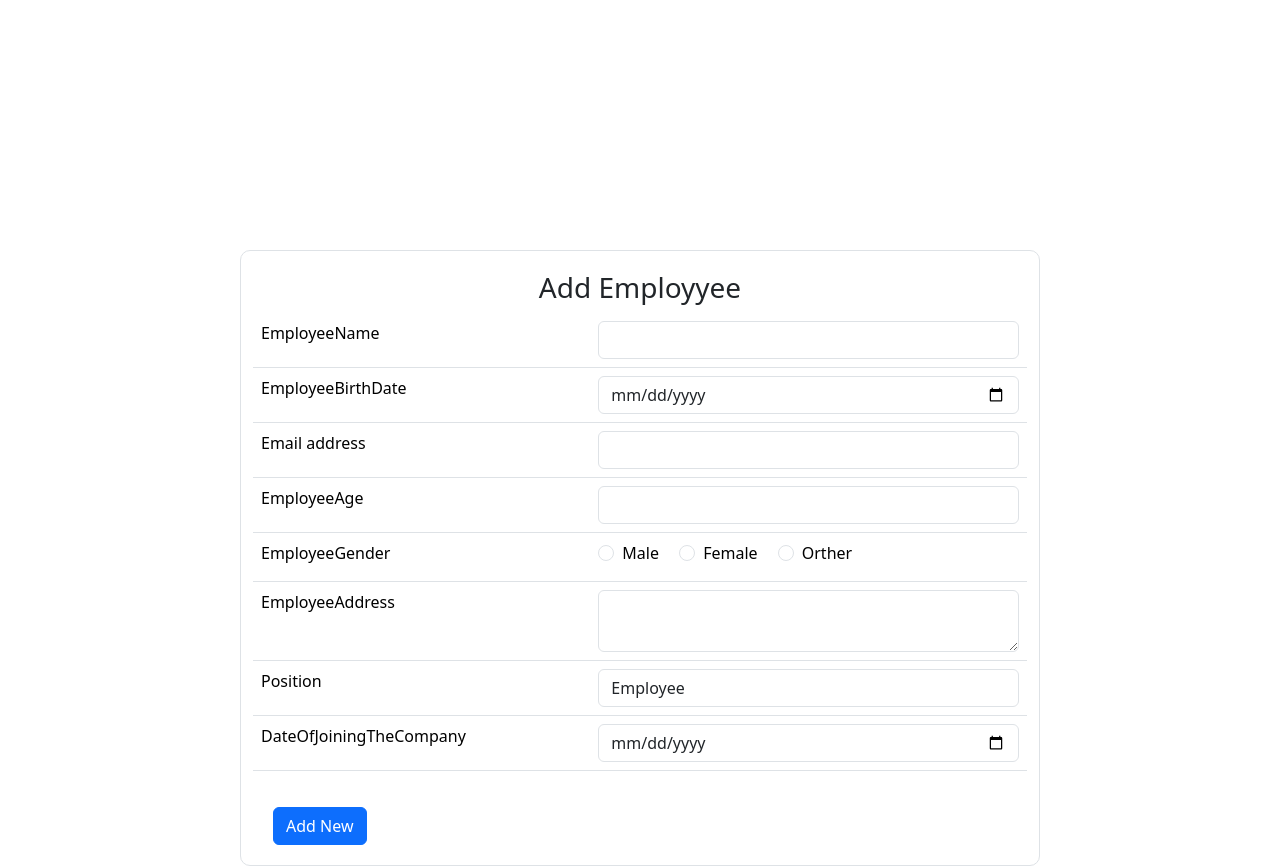
Repository: tranhuuan1703/BaiTapServlet
Page: http://localhost/bai_tap_jsp_servlet/views/Add.jsp
An editor plug-in stored every save of this project. The page is shown before and after the next save, followed by the edit.
The browser window is 1280 px wide. The pictures show the whole page.
Some web libraries are served in a nearby version. The page is served by Tomcat 9. Other server files are loaded and not shown.

Above is the page before, as saved 2024-08-14 08:18:21.

### bai_tap_jsp_servlet/bai_tap_jsp_servlet/src/main/webapp/views/Add.jsp
<%@ page language="java" contentType="text/html; charset=UTF-8"
   pageEncoding="UTF-8"%>
<%@ taglib prefix="c" uri="http://java.sun.com/jsp/jstl/core"%>
<!DOCTYPE html>
<html>
   <head>
      <meta charset="UTF-8">
      <title>Insert title here</title>
      <link href="https://cdn.jsdelivr.net/npm/bootstrap@5.3.3/dist/css/bootstrap.min.css"
         rel="stylesheet"
         integrity="sha384-QWTKZyjpPEjISv5WaRU9OFeRpok6YctnYmDr5pNlyT2bRjXh0JMhjY6hW+ALEwIH"
         crossorigin="anonymous">
      <script src="https://cdn.jsdelivr.net/npm/bootstrap@5.3.3/dist/js/bootstrap.bundle.min.js"
         integrity="sha384-YvpcrYf0tY3lHB60NNkmXc5s9fDVZLESaAA55NDzOxhy9GkcIdslK1eN7N6jIeHz"
         crossorigin="anonymous"></script>
      <script src="https://ajax.googleapis.com/ajax/libs/jquery/1.12.0/jquery.min.js"></script>
      <script src="https://unpkg.com/dayjs@1.8.21/dayjs.min.js"></script>
      <link href="<c:url value="/css/base.css"/>" rel="stylesheet" type="text/css" />
   </head>
   <body>


      <div class="container border" style="margin-top:250px; width:800px; border-radius: 10px;">
      	<center style="padding-top: 20px;"><h3>Add Employyee</h3></center>
         <form id="updateForm" action="addEmployeeController" method="get">
            <table class="table">

               <tr>
                  <td><label for="nameEmployee" class="form-label">EmployeeName</label></td>
                  <td>
                     <input type="text" class="form-control" id="nameEmployee" aria-describedby="emailHelp" name="nameEmployee" required="required" pattern="^[^\d]+$">
                     <span class="rq">${msgUserName}</span>
                  </td>

               </tr>
               <tr>
                  <td><label for="birthDayEmployee" class="form-label">EmployeeBirthDate</label></td>
                  <td>
                     <input type="date" class="form-control" id="birthDayEmployee" name="birthDayEmployee" required="required">
                     <span class="rq">${msgEmployeeBirthDate}</span>
                  </td>

               </tr>
               <tr>
                  <td><label for="emailEmployee" class="form-label">Email address</label></td>
                  <td>
                     <input type="email" class="form-control" id="emailEmployee" aria-describedby="emailHelp" name="emailEmployee" required="required">
                     <span class="rq">${msgEmail}</span>

                  </td>
               </tr>
               <tr>
                  <td><label for="ageEmployee" class="form-label">EmployeeAge</label></td>
                  <td>
                     <input type="number" class="form-control" id="ageEmployee" aria-describedby="emailHelp" value="" readonly name="ageEmployee">
                     <span class="rq">${msgEmployeeAge}</span>
                  </td>
               </tr>
               <tr>
                  <td><label for="inlineRadio1" class="form-label">EmployeeGender</label></td>
                  <td>
                     <div class="form-check form-check-inline">
                        <input class="form-check-input" type="radio" name="inlineRadioOptions" id="inlineRadio1" value="male">
                        <label class="form-check-label" for="inlineRadio1">Male</label>
                     </div>
                     <div class="form-check form-check-inline">
                        <input class="form-check-input" type="radio" name="inlineRadioOptions" id="inlineRadio2" value="female">
                        <label class="form-check-label" for="inlineRadio2">Female</label>
                     </div>
                     <div class="form-check form-check-inline">
                        <input class="form-check-input" type="radio" name="inlineRadioOptions" id="inlineRadio3" value="option3">
                        <label class="form-check-label" for="inlineRadio3">Orther</label>
                     </div>

                     <span class="rq">${msgGender}</span>
                  </td>
               </tr>
               <tr>
                  <td><label for="addressEmployee" class="form-label">EmployeeAddress</label></td>
                  <td>
                     <textarea  class="form-control" id="addressEmployee" aria-describedby="emailHelp" name="addressEmployee"></textarea>

                  </td>
               </tr>
               <tr>
                  <td><label for="exampleInputEmail1" class="form-label">Position</label></td>
                  <td>
                     <select class="form-control" id="selection" name="position">
                        <option value="employee">Employee</option>
                        <option value="boss">Boss</option>
                     </select>
                     <span class="rq">${msgPosition}</span>
                  </td>
               </tr>
               <tr>
                  <td><label for="dateJoiningBirthday" class="form-label">DateOfJoiningTheCompany</label></td>
                  <td>
                		<input type="date" class="form-control" id="dateJoiningCompany" name="dateJoiningCompany" required="required" max="">
                     	<span class="rq">${msgDateJoinCompany}</span>
                  </td>
               </tr>
            </table>
             <div class="grid" style="padding:20px;">
            	<button type="submit" class="btn btn-primary">Add New</button>
            </div>
         </form>
      </div>
   </body>
 <script>

 $("#birthDayEmployee, #dateJoiningCompany").blur(function(){
	    const dateValue = new Date($(this).val());

	    if (isNaN(dateValue)) {
	        return '';
	    }

	    const day = String(dateValue.getDate()).padStart(2, '0');
	    const month = String(dateValue.getMonth() + 1).padStart(2, '0');
	    const year = dateValue.getFullYear();

	    var text = day + "/" + month + "/" + year;
	    $(this).attr("type","text");
	    $(this).val(text);
});


 $("#birthDayEmployee").blur(function(){

		var date1 = new Date();

		var values = $(this).val();
		var yeard = parseInt(values.substr(6, values.length));

		currentYear = date1.getFullYear();

		age = currentYear - yeard;
		$("#ageEmployee").val(age);
	});

	$("#updateForm").submit(function(){

		$("#inputEmployeeId").disabled = false;


	})




	$("form").on('submit', function(){

	  var inputDate = new Date(document.getElementById('dateJoiningCompany').value);
	  var today = new Date();


	  var isConfirmed = confirm("Bạn có chắc muốn thêm nhân viên này?");

	  if (!isConfirmed){
		  event.preventDefault();
	  }
	})


	// Lấy ngày hiện tại
    var today = new Date().toISOString().split('T')[0];
    // Đặt giá trị max của input là ngày hiện tại
    document.getElementById('dateJoiningCompany').setAttribute('max', today);
    // Thiết lập giá trị max là ngày hiện tại
    document.getElementById('dateJoiningCompany').max = new Date().toISOString().split("T")[0];

    /*function formatDate() {
        const dateInput = document.getElementById('dateJoiningCompany').value;
        if (dateInput) {
            const [year, month, day] = dateInput.split("-");
            const formattedDate = `${day}/${month}/${year}`;
            document.getElementById('dateJoiningCompany').value = formattedDate;
            return;
        }
    }*/
 </script>

</html>

### bai_tap_jsp_servlet/bai_tap_jsp_servlet/src/main/webapp/css/base.css
@charset "UTF-8";



	/* styles.css */


/* Phong cách cơ bản của popup */
.popup {
    display: none; /* Ẩn popup mặc định */
    position: fixed;
    z-index: 1;
    left: 0;
    top: 0;
    width: 100%;
    height: 100%;
    overflow: auto;
    background-color: rgba(0, 0, 0, 0.5); /* Màu nền mờ */
}

/* Nội dung của popup */
.popup-content {
    background-color: white;
    margin: 15% auto; /* Căn giữa */
    padding: 20px;
    border: 1px solid #888;
    width: 80%;
    max-width: 700px; /* Giới hạn chiều rộng */
}

/* Nút đóng popup */
.close-btn {
    color: #aaa;
    float: right;
    font-size: 28px;
    font-weight: bold;
}

.close-btn:hover,
.close-btn:focus {
    color: black;
    text-decoration: none;
    cursor: pointer;
}


.intro {
  height: 100%;
}

table td,
table th {
  text-overflow: ellipsis;
  white-space: nowrap;
  overflow: hidden;
}

thead th {
  color: #fff;
}

.card {
  border-radius: .5rem;
}

.table-scroll {
  border-radius: .5rem;
}

.table-scroll table thead th {
  font-size: 1.25rem;
}
thead {
  top: 0;
  position: sticky;
}

/* bao loi */
.rq{
		color: red;
	}

After the next save:
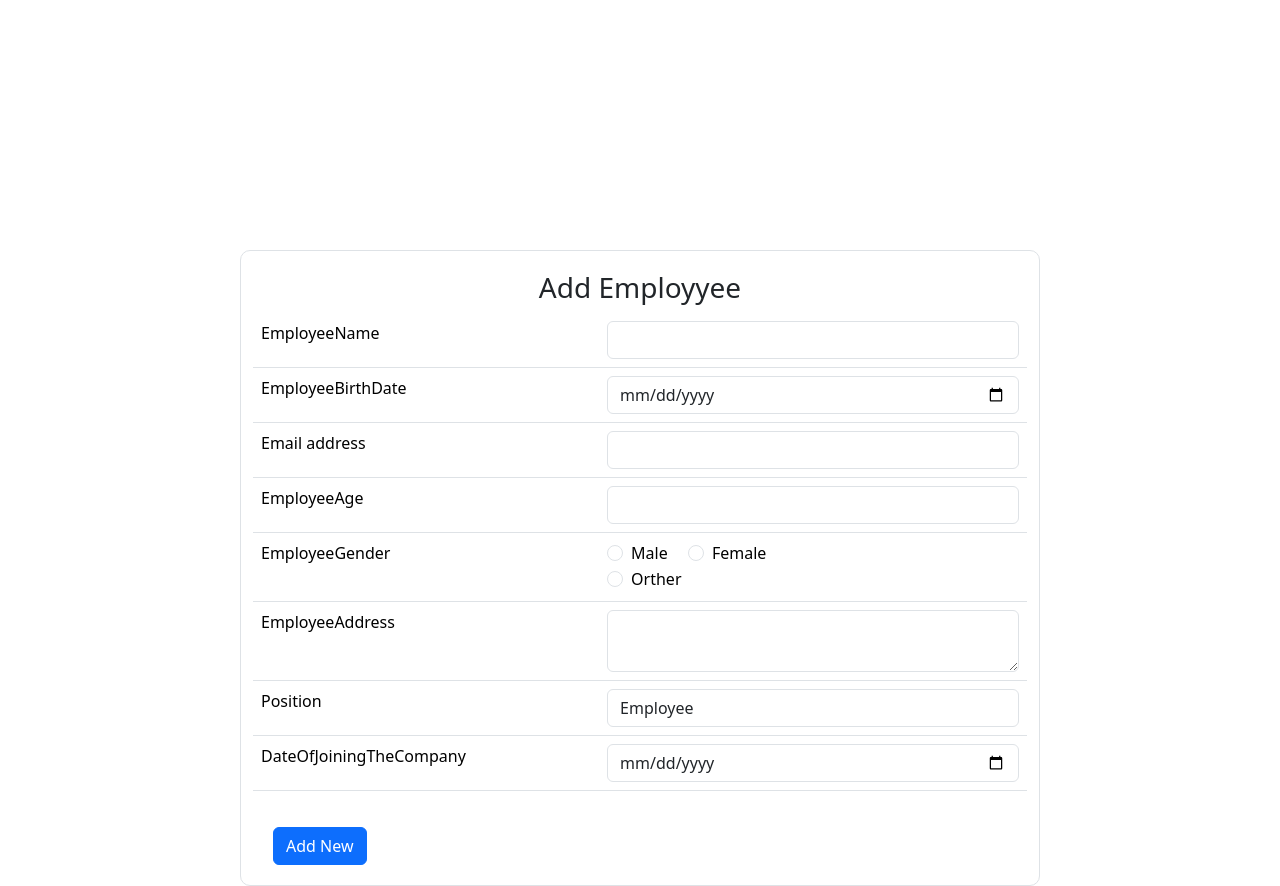
Saved 2 min 1 s later.
--- a/bai_tap_jsp_servlet/bai_tap_jsp_servlet/src/main/webapp/views/Add.jsp
+++ b/bai_tap_jsp_servlet/bai_tap_jsp_servlet/src/main/webapp/views/Add.jsp
@@ -67,7 +67,7 @@
                         <input class="form-check-input" type="radio" name="inlineRadioOptions" id="inlineRadio2" value="female">
                         <label class="form-check-label" for="inlineRadio2">Female</label>
                      </div>
-                     <div class="form-check form-check-inline">
+                     <div class="form-check">
                         <input class="form-check-input" type="radio" name="inlineRadioOptions" id="inlineRadio3" value="option3">
                         <label class="form-check-label" for="inlineRadio3">Orther</label>
                      </div>

After the save that followed:
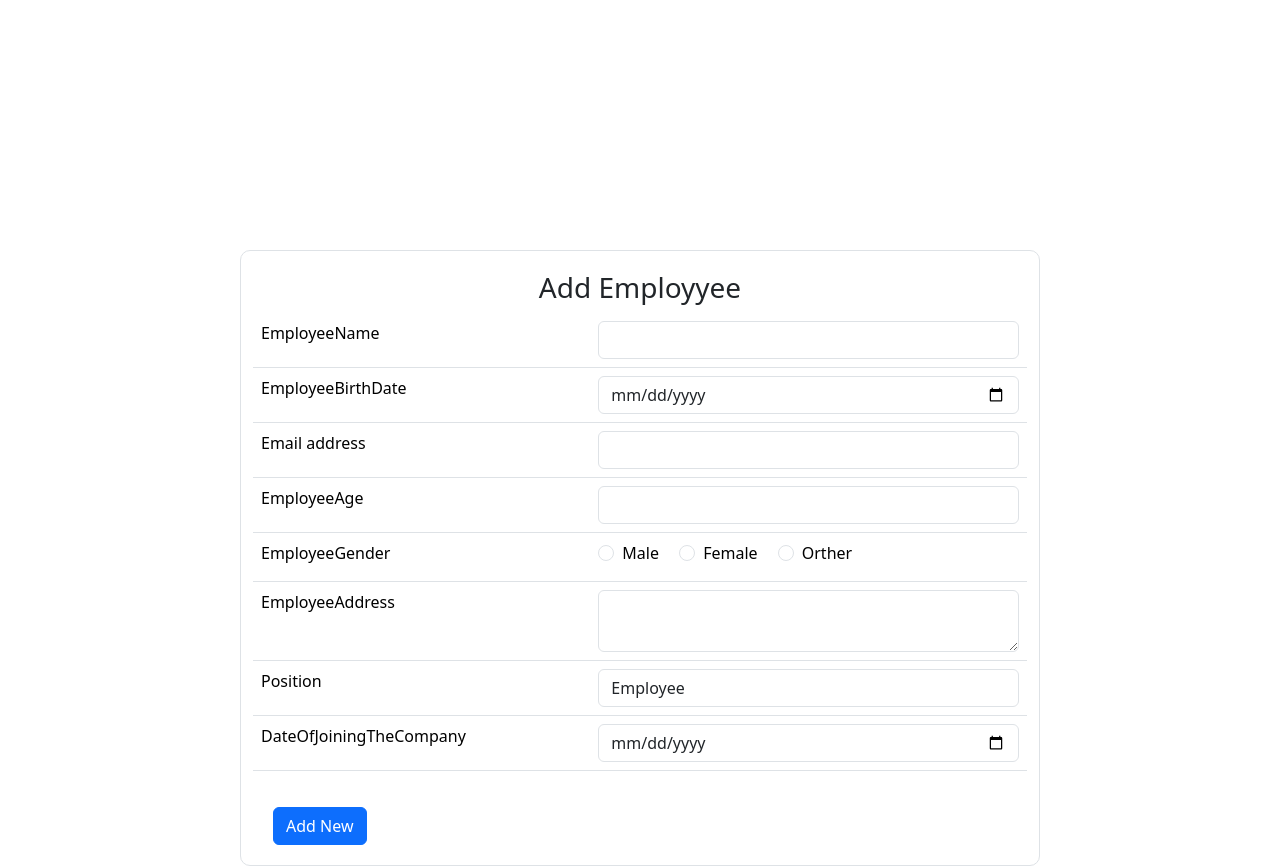
Saved 2 min 40 s later.
--- a/bai_tap_jsp_servlet/bai_tap_jsp_servlet/src/main/webapp/views/Add.jsp
+++ b/bai_tap_jsp_servlet/bai_tap_jsp_servlet/src/main/webapp/views/Add.jsp
@@ -67,12 +67,12 @@
                         <input class="form-check-input" type="radio" name="inlineRadioOptions" id="inlineRadio2" value="female">
                         <label class="form-check-label" for="inlineRadio2">Female</label>
                      </div>
-                     <div class="form-check">
+                     <div class="form-check form-check-inline">
                         <input class="form-check-input" type="radio" name="inlineRadioOptions" id="inlineRadio3" value="option3">
                         <label class="form-check-label" for="inlineRadio3">Orther</label>
                      </div>
 
-                     <span class="rq">${msgGender}</span>
+                     <span class="rq word-wrap">${msgGender}</span>
                   </td>
                </tr>
                <tr>
